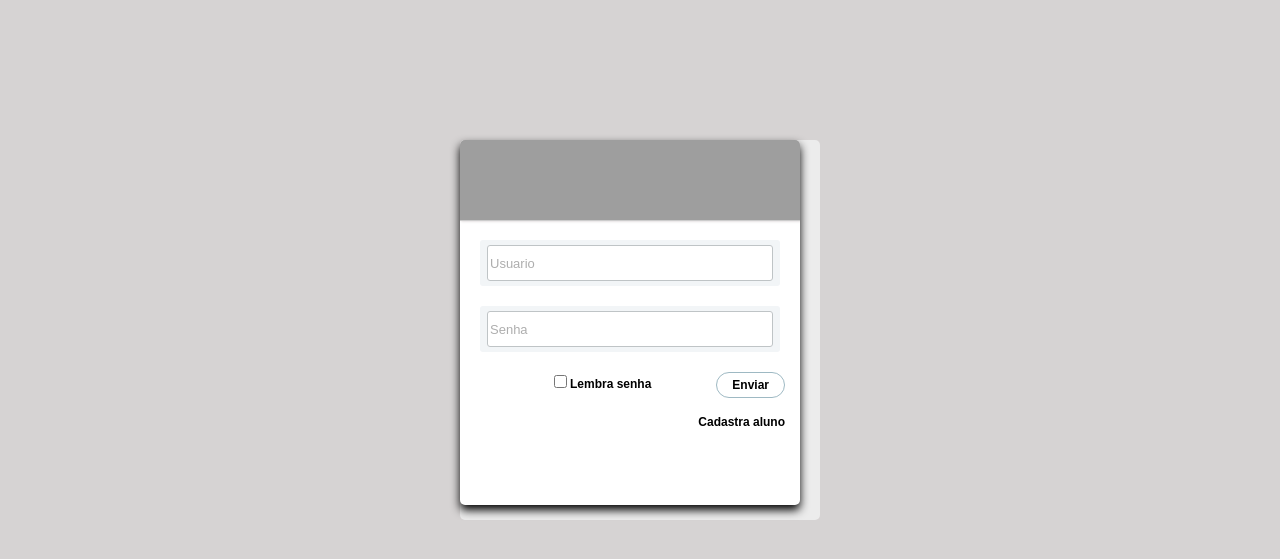
Repository: luisjonson/ProjetoWebAcademia
Page: http://localhost/RepositorioWebProject/Login.jsp
An editor plug-in stored every save of this project. The page is shown before and after the next save, followed by the edit.
The browser window is 1280 px wide. The pictures show the whole page.
Pictures or frames that could not be fetched are drawn as grey boxes. The page is served by Tomcat 9. Other server files are loaded and not shown.

Above is the page before, as saved 2017-04-10 01:46:44.

### Projeto_Web/RepositorioWebProject/WebContent/Login.jsp
<%@ page language="java" contentType="text/html; charset=utf-8"
	pageEncoding="ISO-8859-1"%>
<!DOCTYPE
 html PUBLIC "-//W3C//DTD HTML 4.01 Transitional//EN" "http://www.w3.org/TR/html4/loose.dtd">
<html>
<head>

</head>

<title>Login</title>

<style type="text/css" >

body {
	background-color: #D6D3D3;
}

#login-box {
	background-color: #ECECEC;
	width: 360px;
	height: 380px;
	margin: 140px auto 0px;
	border-radius: 5px;

}

#login-box-interno {
	width: 340px;
	height: 365px;
	background-color:white;
	position: absolute;
	border-radius: 5px;
	box-shadow: 0px 5px 10px black;
	overflow: hidden;
}

#login-box-label {
	background-color:#D6D3D3;
	height:80px;
	text-align:center;
    font:bold 12px/12px sans-serif;
    border-top-left-radius:5px;
    border-top-right-radius:5px;
    border-bottom:1px solid #cccccc;
    box-shadow:1px 0px 3px #ccc4c5;
}

#imagens{
	max-width: 800px;
}

.input-div{

	margin: 20px;
	padding: 5px;
   background-color:#f2f5f7;

	border-radius: 3px;
}

.input-div input{

	width: 280px;
	height: 32px;
	padding-left: 2px;
	font: normal 13px sans-serif;
	color: #aeaeae;
	border-radius: 3px;
	border: 1px solid #bfc4c6;
    outline:none;
}

.input-div:hover{
	background-color: #8C8C8A;
}

.input-div:hover input{
	border-color: #797B79
}
.input-senha{
  margin-top:-10px;
  }

  #botoes{
    width:300px;
    margin-left:25px;
  }

  #botao{
    float:right;
    background-color:;
    padding:5px 15px;
    font:bold 12px sans-serif;
    border-radius:20px;
    text-shadow:0px 1px 0px white;
    border:1px solid #9eb9c3;
  }

  #CadastraAluno{
    font:bold 12px sans-serif;
     float:right;
  }

</style>
<body>
	<div id="login-box">

		<div id="login-box-interno">

			<div id="login-box-label">

				<div id=imagens><img alt="Smart Fit" src="C:\Users\nano\workspace\ProjetoWebAcademia\Projeto_Web\RepositorioWebProject\WebContent\Imagem\Smart.png" width="375" height="80"/></div>

				<div class="input-div" id="input-usuario">
					<input type="text" value="Usuario">
				</div>

				<div class="input-div" id="input-senha">
					<input type="text" value="Senha">
				</div>

                <div id="botoes">
                  <div id="botao">Enviar</div>
                  <div id="lembra-senha"><input type="checkbox"/>Lembra senha</div><br><br>
                  <div id="CadastraAluno">Cadastra aluno</div>
                  </div>
              </div>
         </div>
	</div>




</body>
</html>

After the next save:
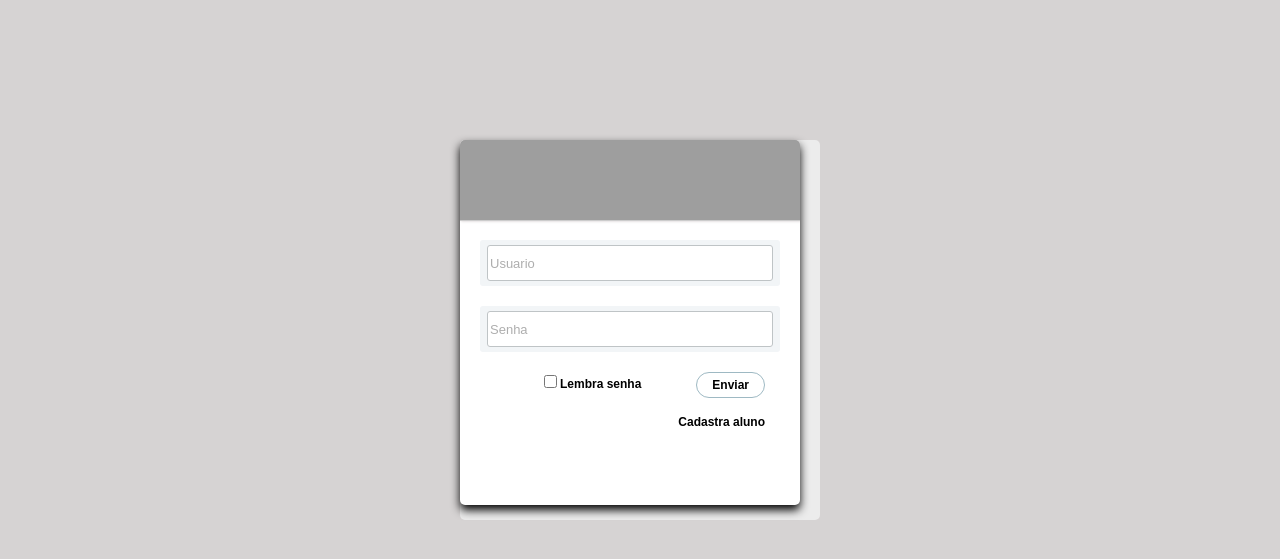
Saved 13 s later.
--- a/Projeto_Web/RepositorioWebProject/WebContent/Login.jsp
+++ b/Projeto_Web/RepositorioWebProject/WebContent/Login.jsp
@@ -82,7 +82,7 @@ body {
   }
 
   #botoes{
-    width:300px;
+    width:280px;
     margin-left:25px;
   }
 
